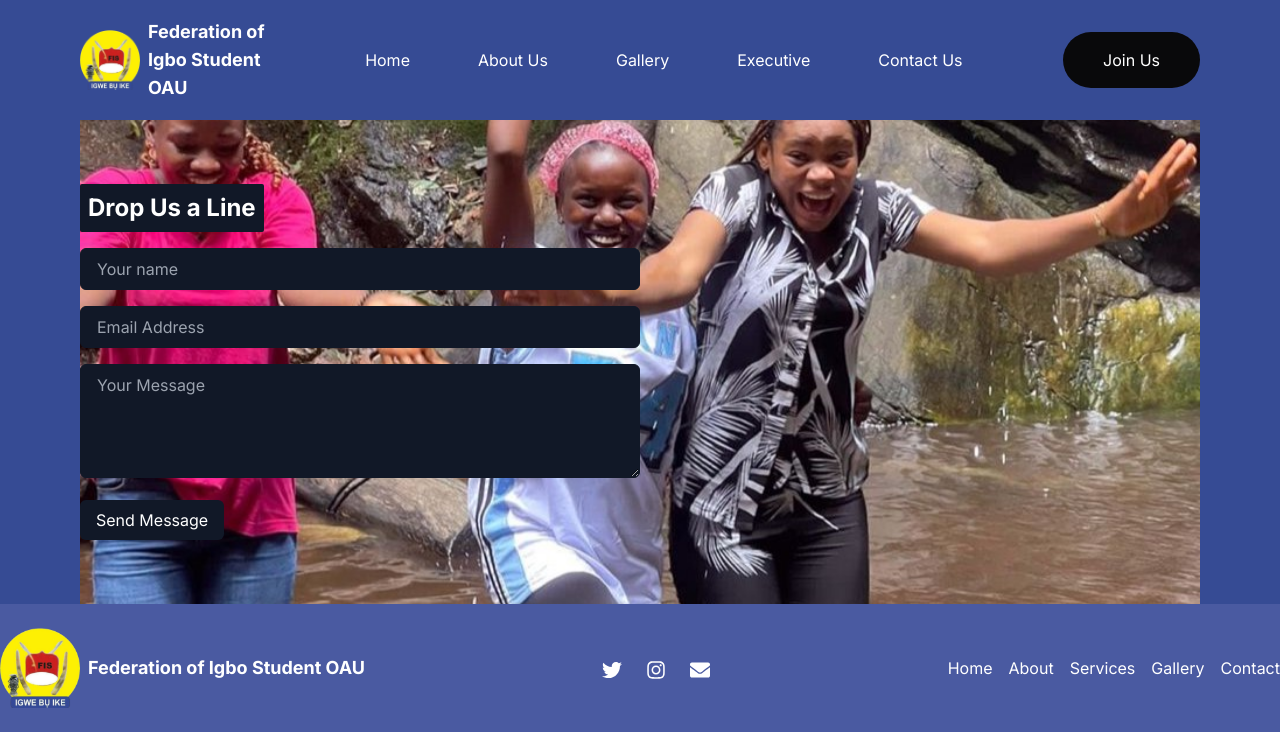
Repository: akinolapo/fis
Page: /Contact
These files come from the project's save history. The page is drawn as it stood at one moment and after a run of saves; the edit follows.
The browser window is 1280 px wide. The pictures show the whole page.
The project was rebuilt for these pictures with package versions that can differ from the ones it lists, and the page was loaded fresh each time. The framework's server and built-in components were replaced by stand-ins that run in the browser. Also part of the build but not shown: next.config.mjs.

Above is the page before, as saved 2024-05-06 19:23:14.

After the next 2 saves:
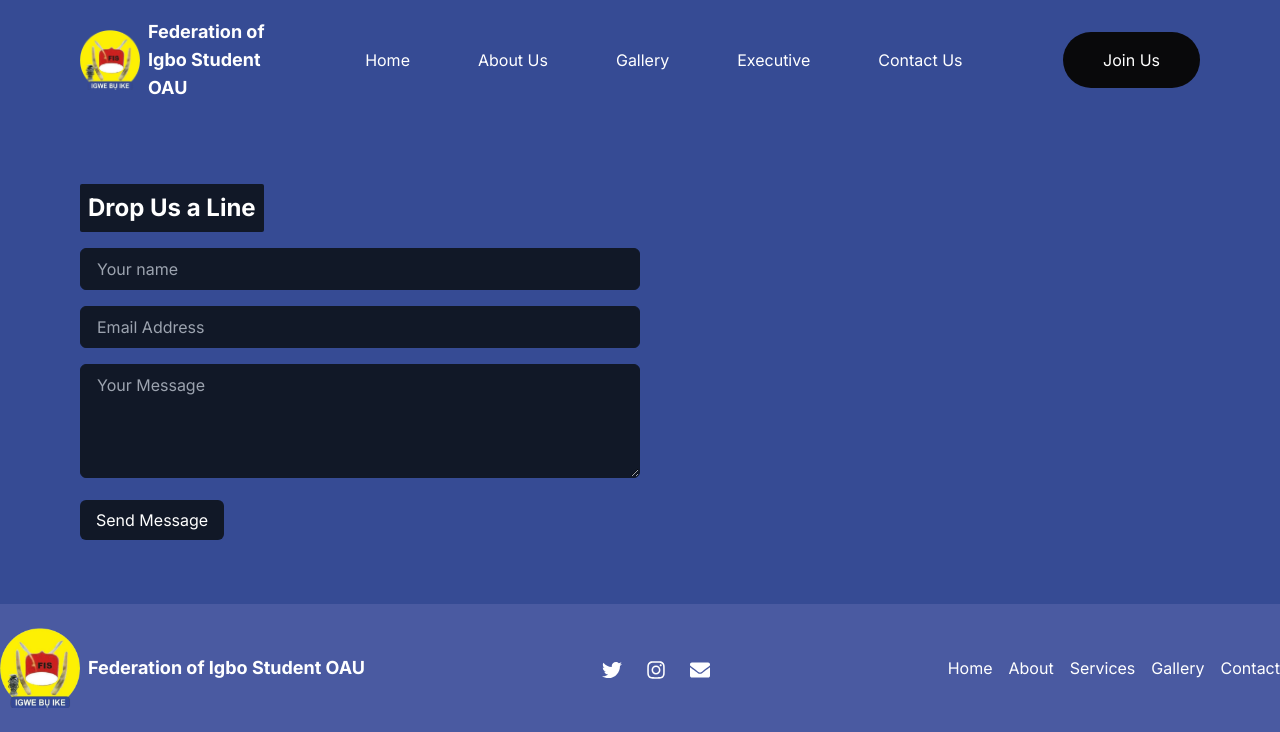
The 2 saves are shown as one change because they came seconds apart.
The last was saved 9 s later.
--- a/app/globals.css
+++ b/app/globals.css
@@ -33,10 +33,6 @@ footer a:hover{
   color: rgb(156 163 175);
 }
 
-.contact-bg{
-  background-image: url('/images/contact.jpg');
-}
-
 @layer utilities {
   .text-balance {
     text-wrap: balance;
